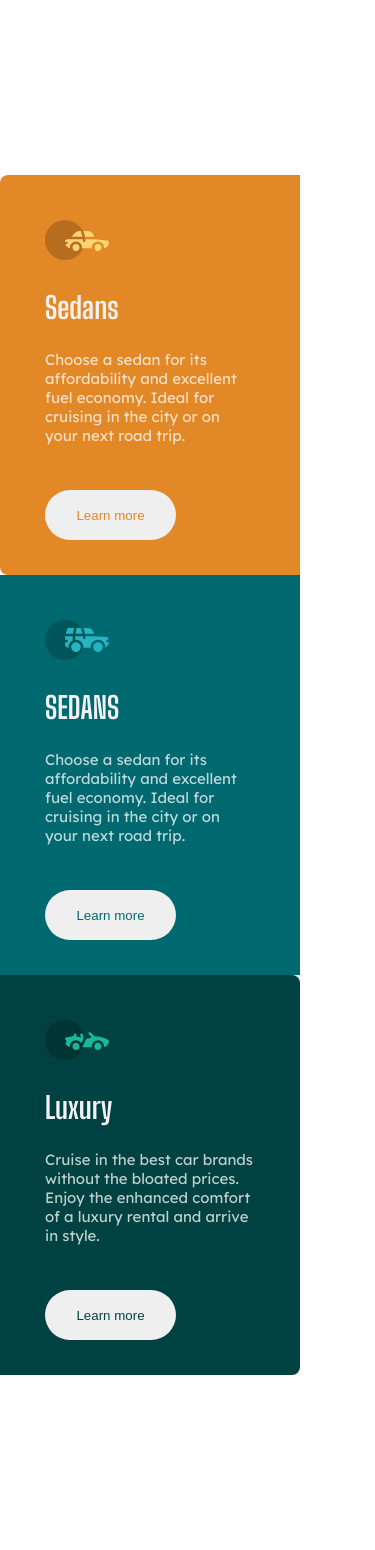
Repository: Toqa-25/3-cards-component
Page: index.html
These files come from the project's save history. The page is drawn as it stood at one moment and after the next save; the edit follows.
The browser window is 375 px wide. The pictures show the whole page.

Above is the page before, as saved 2021-07-12 03:33:38.

### index.html
<!DOCTYPE html>
<html lang="en">
<head>
    <meta charset="UTF-8">
    <meta http-equiv="X-UA-Compatible" content="IE=edge">
    <meta name="viewport" content="width=device-width, initial-scale=1.0">
     <!-- css style file -->
     <link rel="stylesheet" href="css/style.css">
     <!-- fonts file -->
     <link rel="preconnect" href="https://fonts.googleapis.com">
        <link rel="preconnect" href="https://fonts.gstatic.com" crossorigin>
        <link href="https://fonts.googleapis.com/css2?family=Lexend+Deca&display=swap" rel="stylesheet">
        <link rel="preconnect" href="https://fonts.googleapis.com">
        <link rel="preconnect" href="https://fonts.gstatic.com" crossorigin>
        <link href="https://fonts.googleapis.com/css2?family=Big+Shoulders+Display:wght@700&display=swap" rel="stylesheet">
<!-- title  -->
    <title> 3 cards componanent</title>
</head>
<body>
    <div class="container" role="main">

        <div class="card">
            <img src="images/icon-sedans.svg" alt="">
            <h1>Sedans</h1>
            <p>Choose a sedan for its affordability and excellent fuel economy. Ideal for cruising in the city
                or on your next road trip.</p>
                <button class="btn1">Learn more</button>
        </div>
        <div class="card">
            <img src="images/icon-suvs.svg" alt="">
            <h1>SEDANS</h1>
            <p>Choose a sedan for its affordability and excellent fuel economy. Ideal for cruising in the city
                or on your next road trip.</p>
                <button class="btn2">Learn more</button>
        </div>
        <div class="card">
            <img src="images/icon-luxury.svg" alt="">
            <h1>Luxury</h1>
            <p> Cruise in the best car brands without the bloated prices. Enjoy the enhanced comfort of a luxury
                rental and arrive in style.</p>
                <button class="btn3">Learn more</button>
        </div>
    </div>
</body>
</html>

### css/style.css
/* Root value */
:root{
    --Bright-orange: hsl(31, 77%, 52%);
    --Dark-cyan: hsl(184, 100%, 22%);
    --Very-dark-cyan: hsl(179, 100%, 13%);
    --Transparent-white-paragraphs: hsla(0, 0%, 100%, 0.75);
    --Very-light-gray-background-headings-buttons: hsl(0, 0%, 95%);
}

/* global value */
*{
    padding: 0;
    margin:0 ;
    box-sizing: border-box;
}
body{
    Font-size: 15px;
}
.container{
    display: flex;
    justify-content: center;
    margin:175px auto;

    /* flex-wrap: wrap;
 */
}
/* style value */
@media (min-width:1440px){
    .container{
        width: 1440px;
        height: 800px;
        /* margin:175px 265px; */
        flex-direction: row;
        text-align: center;
    }
    button{

            background:transparent;
        color: var(--Very-light-gray-background-headings-buttons);
    }

}
@media (max-width:400px){
    .container{
        width: 375px;
        flex-direction: column;

    }
    button{
        border: none;
    }
    .btn1{
        color:var(--Bright-orange);
    }
    .btn2{
        color: var(--Dark-cyan);
    }
    .btn3{
        color:var(--Very-dark-cyan);
    }

}
.card{
    width: 300px;
    height: 400px;
    padding: 45px;

}
.card:first-of-type{
background-color: var(--Bright-orange);
border-top-left-radius: 8px;
border-bottom-left-radius: 8px;
}
.card:nth-of-type(2){
background-color: var(--Dark-cyan);
}
.card:last-of-type{
background-color: var(--Very-dark-cyan);
border-top-right-radius: 8px;
border-bottom-right-radius: 8px;
}
img{
    margin-bottom: 25px;
}
h1{
    font-family: 'Big Shoulders Display', cursive;
    color: var(--Very-light-gray-background-headings-buttons);
    margin-bottom: 25px;

}
p{
    font-family: 'Lexend Deca', sans-serif;
    color:var(--Transparent-white-paragraphs);
    margin-bottom: 45px;
}
button{
    margin-bottom: 45px;
    padding: 10px;
    width: 131px;
    height: 50px;
    border-radius: 30px;
    border-color:var(--Very-light-gray-background-headings-buttons);

}
/* button:first-of-type{
    background-color: transparent;
}
button:nth-of-type(2){
    background-color: var(--Dark-cyan);
}
button:last-of-type{
    background-color: var(--Very-dark-cyan);
} */

After the next save:
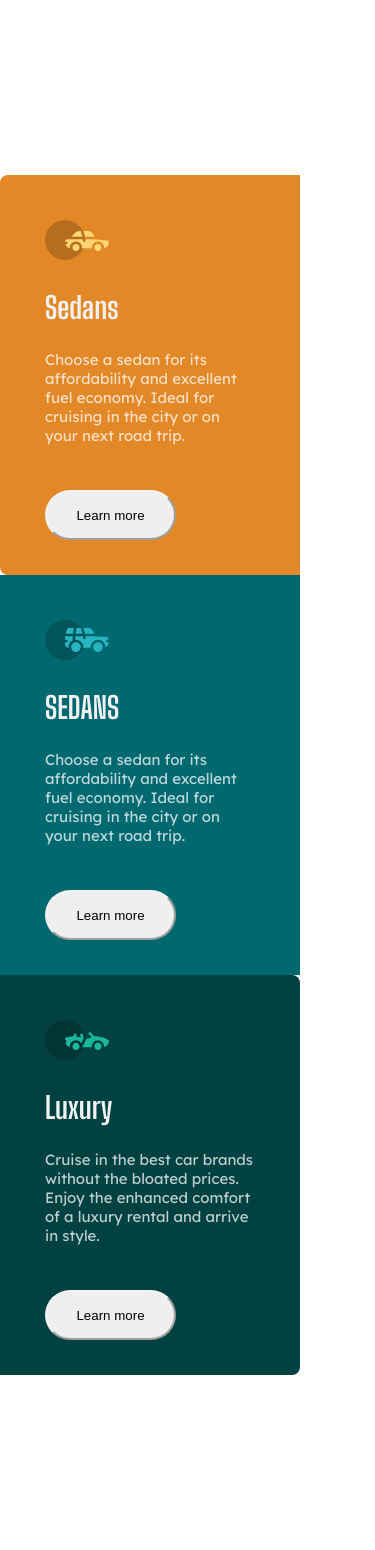
Saved 5 min 32 s later.
--- a/css/style.css
+++ b/css/style.css
@@ -45,18 +45,6 @@
         width: 375px;
         flex-direction: column;
 
-    }
-    button{
-        border: none;
-    }
-    .btn1{
-        color:var(--Bright-orange);
-    }
-    .btn2{
-        color: var(--Dark-cyan);
-    }
-    .btn3{
-        color:var(--Very-dark-cyan);
     }
 
 }
